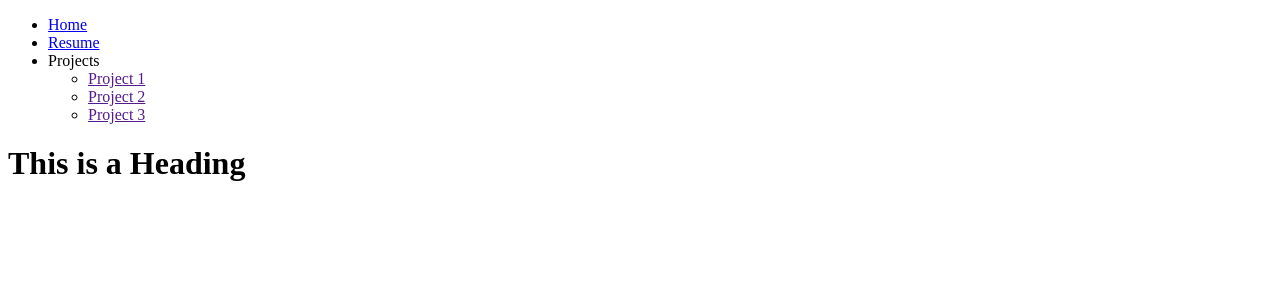
Repository: pflores002/pflores002.github.io
Page: project3.html
The author's editor kept a record of every edit. The page is drawn from the files as they stood at one moment, then again after the next edit.
The browser window is 1280 px wide. The pictures show the whole page.

Above is the page before.

### project3.html
<!DOCTYPE html>
<html>
    <head>
        <title>Project 3</title>
    </head>
    <body>
        <ul class="navbar">
            <li class="active"><a href="./">Home</a></li>
            <li><a href="resume.html">Resume</a></li>
            <li class="dropdown">
                <div>Projects</div>
                <ul class="dropdown-content">
                    <li><a href="">Project 1</a></li>
                    <li><a href="">Project 2</a></li>
                    <li><a href="">Project 3</a></li>
                </ul>
            </li>

        </ul>
        <h1>This is a Heading</h1>

    </body>
</html>

After the next edit:
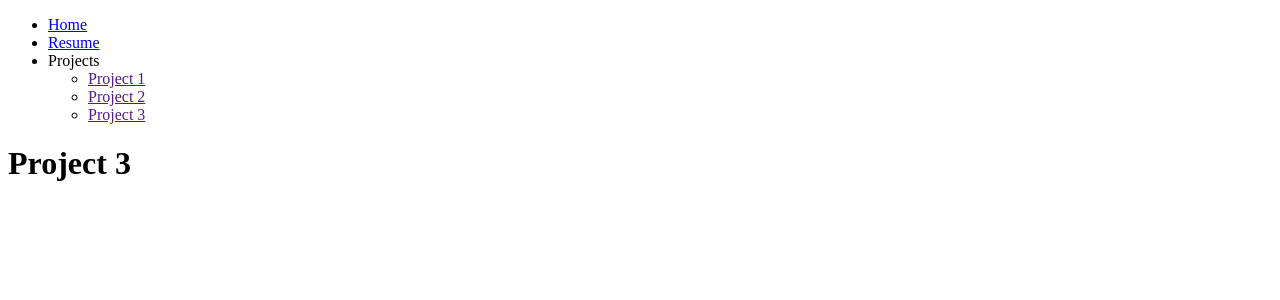
The edit:
--- a/project3.html
+++ b/project3.html
@@ -17,7 +17,7 @@
             </li>
 
         </ul>
-        <h1>This is a Heading</h1>
+        <h1>Project 3</h1>
 
     </body>
 </html>
